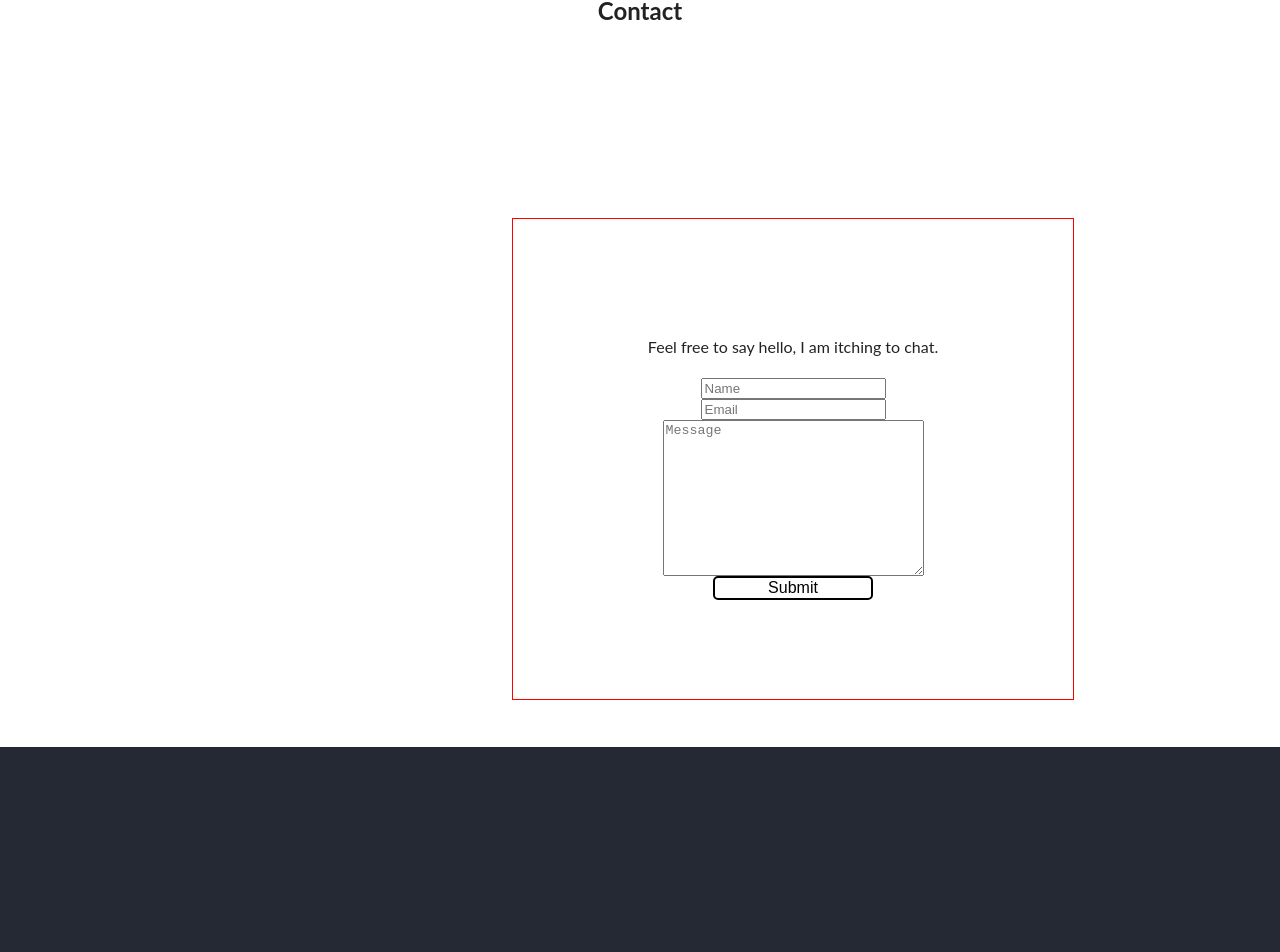
Repository: blessingNtoko/portfolio_noangular
Page: index.html
The author's editor kept a copy of each file at every save. The page is drawn from the files as they stood at one save, then again after the next save.
The browser window is 1280 px wide. The pictures show the part of the page from y = 3233 to 4185 px (the page is 4700 px tall).
Backgrounds fixed to the window are drawn as part of the page.

Above is the page before, as saved 2020-01-01 17:48:30.

After the next save:
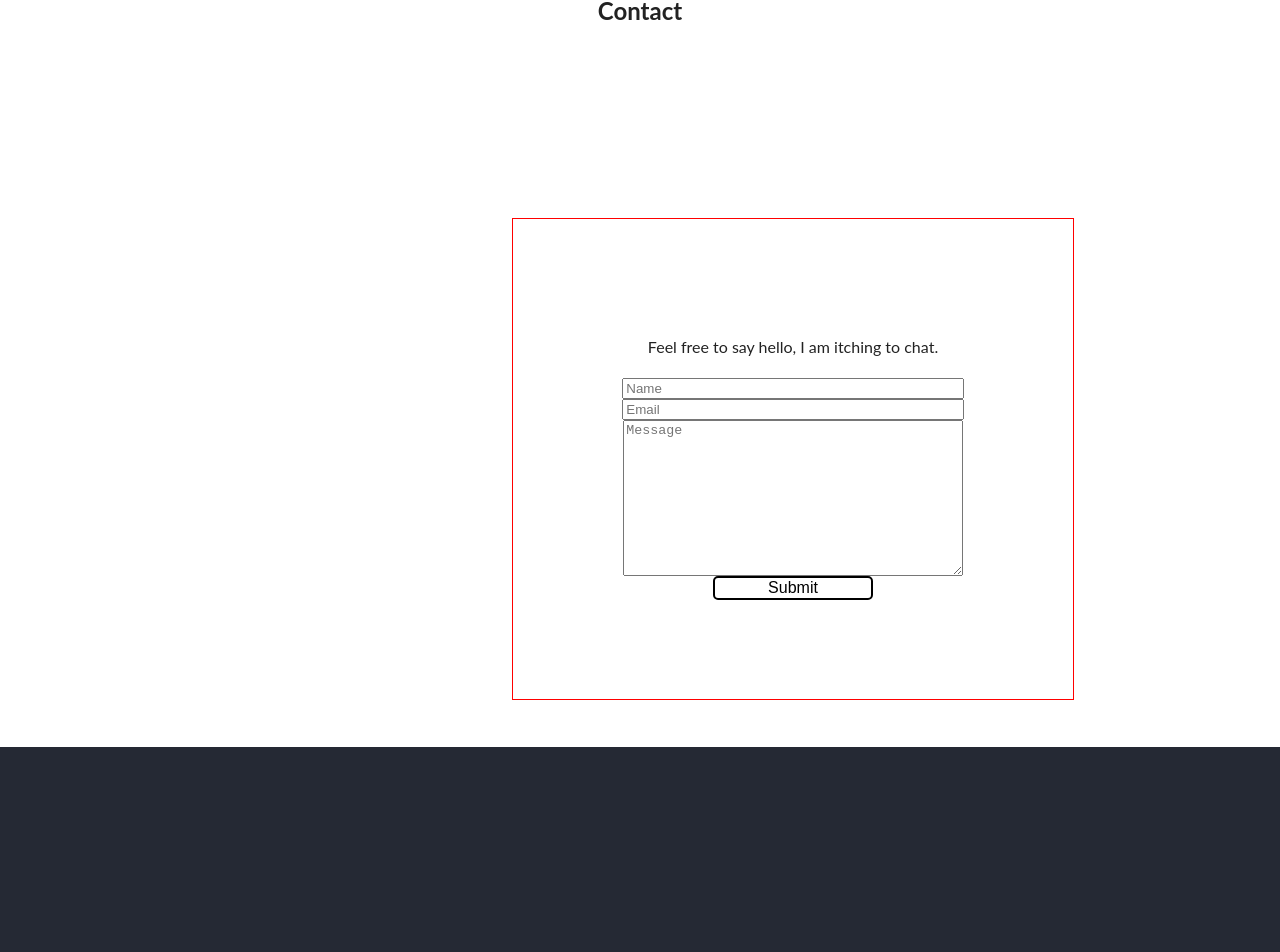
Saved 14 s later.
--- a/css/index.css
+++ b/css/index.css
@@ -182,11 +182,10 @@
     line-height: .5em;
 } */
 
-
-/* .inputs {
-    margin-left: 23%;
+.inputs {
+    /* margin-left: 23%; */
     width: 25em;
-} */
+}
 
 
 /* .contactSection {
